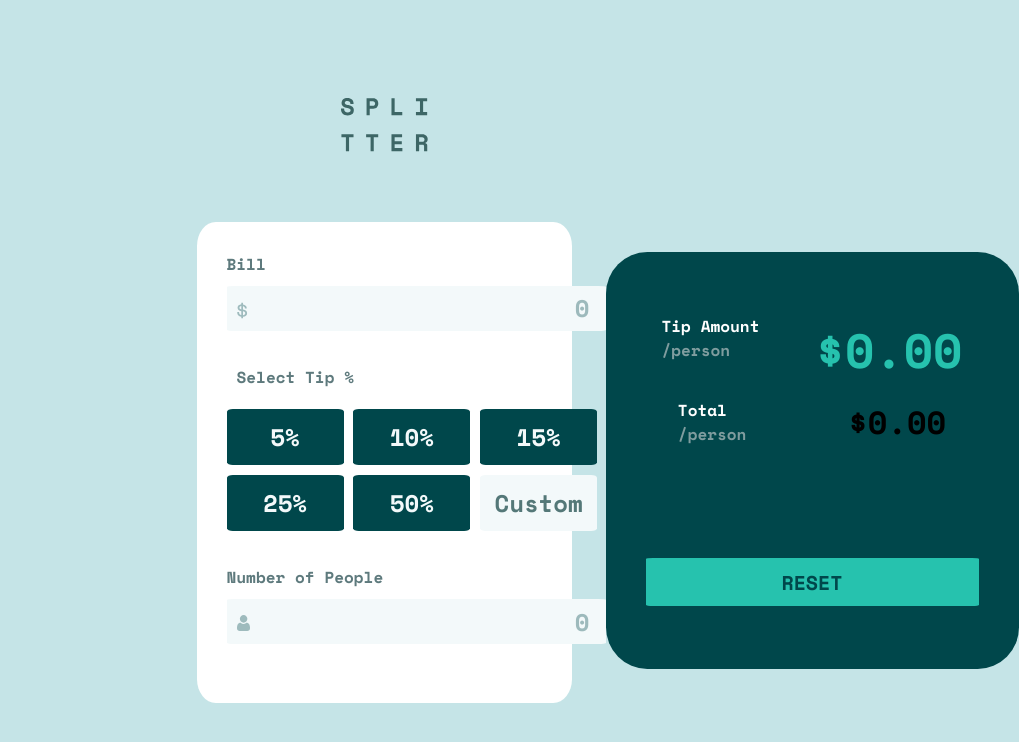
Repository: Arkitecth/tip-calculator
Page: index.html
The author's editor kept a copy of each file at every save. The page is drawn from the files as they stood at one save, then again after the next save.
The browser window is 768 px wide. The page is 1019 px wide, then 768 px, so the pictures cover 1019 px, including what lies to the right of the window. The pictures show the whole page.

Above is the page before, as saved 2023-06-09 19:45:17.

### index.html
<!DOCTYPE html>
<html lang="en">
<head>
  <meta charset="UTF-8">
  <meta name="viewport" content="width=device-width, initial-scale=1.0"> <!-- displays site properly based on user's device -->

  <link rel="icon" type="image/png" sizes="32x32" href="./images/favicon-32x32.png">
  <link rel="stylesheet" href="styles.css">
  <title>Tip calculator app</title>

</head>
<body>

  <main>
    <img src="images/logo.svg" alt="logo">
      <div class="app">
        <div class="entry">
          <div class="bill-entry">
            <p>Bill</p>
            <img src="images/icon-dollar.svg" alt="dollar sign"><input class="entry-input" type="text" name="Bill" id="Bill" placeholder="0">
          </div>

          <div class="tip-entry">
            <p>Select Tip %</p>
            <input type="button" value="5%">
            <input type="button" value="10%">
            <input type="button" value="15%">
            <input type="button" value="25%">
            <input type="button" value="50%">
            <input class="custom" type="button" value="Custom">
          </div>

          <div class="people-entry">
            <p>Number of People</p>
            <img src="images/icon-person.svg" alt="person sign"><input class="entry-input" type="text" name="people-entry" id="people-entry" placeholder="0">
          </div>

        </div>

        <div class="result">
          <div class="tip">
            <p class="title">Tip Amount
              <br>
              <span class="grey-color">/person</span>
            </p>
            <h1 class="amount">$0.00</h1>

          </div>

          <div class="total">
            <p class="title">Total
              <br>
              <span class="grey-color">/person</span>
            </p>
            <h1>$0.00</h1>
          </div>
          <button class="reset-button">Reset</button>
        </div>


  </div>
  </main>





</body>
</html>

### styles.css
@import url('https://fonts.googleapis.com/css2?family=Space+Mono:wght@700&display=swap');
* {
    margin: 0;
    padding: 0;
    font-family: 'Space Mono', monospace;
}

/* Main Styling */
body {
    background-color: #C5E4E7;

}

main {
    display: flex;
    flex-direction: column;
    justify-content: center;
    align-items: center;
    align-content: center;
    height: 100vh;
    gap: 70px;
}

/* App Styling */

.app {
    width: 920px;
    height: 481px;
    background-color: white;
    border-radius: 5%;
    display: grid;
    grid-template-columns: 1fr 1fr;
}

/* Entry Styling */

.entry {
    display: grid;
    padding-top: 30px;
    grid-template-rows: auto auto auto;
    padding-left: 30px;
    justify-content: center;
    color: #5E7A7D;
}

.entry p {
    margin-bottom: 10px;
}

.entry-input {
    background-color:#f3F9FA;
    width: 379px;
    height: 45px;
    border: none;
    border-radius: 2%;
    text-align: right;
    font-size: 1.5rem;
    color: #00474B;

}

.entry-input:focus {
    outline: none;
    border: 1px solid #26C2AE;

}

.entry-input::placeholder {
    text-align: right;
    font-size: 1.5rem;
    color:#00474B;
    opacity: 0.35;
    padding: 1rem;

}

/* Bill Styling */

.bill-entry {
    position: relative;
}

.bill-entry img {
    position: absolute;
    top: 50px;
    left: 10px;
}

/* Tip Entry */
.tip-entry p {
    padding: 10px;
}
.tip-entry input[type="button"] {
    width: 117px;
    padding: 10px;
    margin-bottom: 10px;
    background-color:#00474B;
    color: #f3F9FA;
    font-size: 1.5rem;
    border: none;
    border-radius: 5%;
    font-weight: 700;
}

.tip-entry input[type="button"]:active,.tip-entry input[type="button"]:hover {
    background-color: #26C2AE;
}
.tip-entry input[type="button"]:active {
    transform: translateY(4px);
}

.tip-entry input.custom {
    background-color: #F3F9FA;
    color:#547878;
}

/* People Entry Styling */
.people-entry {
    position: relative;
}
.people-entry img {
    position: absolute;
    top: 50px;
    left: 10px;
}

/* Result Styling */
.result {
    display: flex;
    flex-direction: column;
    background-color: #00474B;
    align-content: center;
    justify-content: space-evenly;
    border-radius: 10%;
    margin-top: 30px;
    width: 413px;
    height: 417px;
}

/* Tip Syling */
.tip {
    display: flex;
    flex-direction: row;
    justify-content: space-evenly;
    align-content: center;

}

.title {
    color: #FFFFFF;
    width: 98px;
}

.grey-color {
    color: #7F9D9F;
}

.amount {
    color: #26C2AE;
    font-size: 48px;
}

.total {
    display: flex;
    justify-content: space-evenly;
    transform: translateY(-50px);
}

/* Rest Button */
.reset-button {
    width: 333px;
    height: 48px;
    margin: 0 auto;
    text-transform: uppercase;
    font-size: 20px;
    background-color: #26C2AE;
    color: #00474B;
    border: none;
    border-radius: 2%;
}

.reset-button:hover,
.reset-button:active{
    background-color: #9FE8DF
}
.reset-button:active{
    transform: translateY(4px);
}

@media screen and (max-width:956px) {
    .logo {
        margin: auto;
    }
    .app {
        display: grid;
        grid-template-rows: 1fr 1fr;
        width: 375px;
    }
}

After the next save:
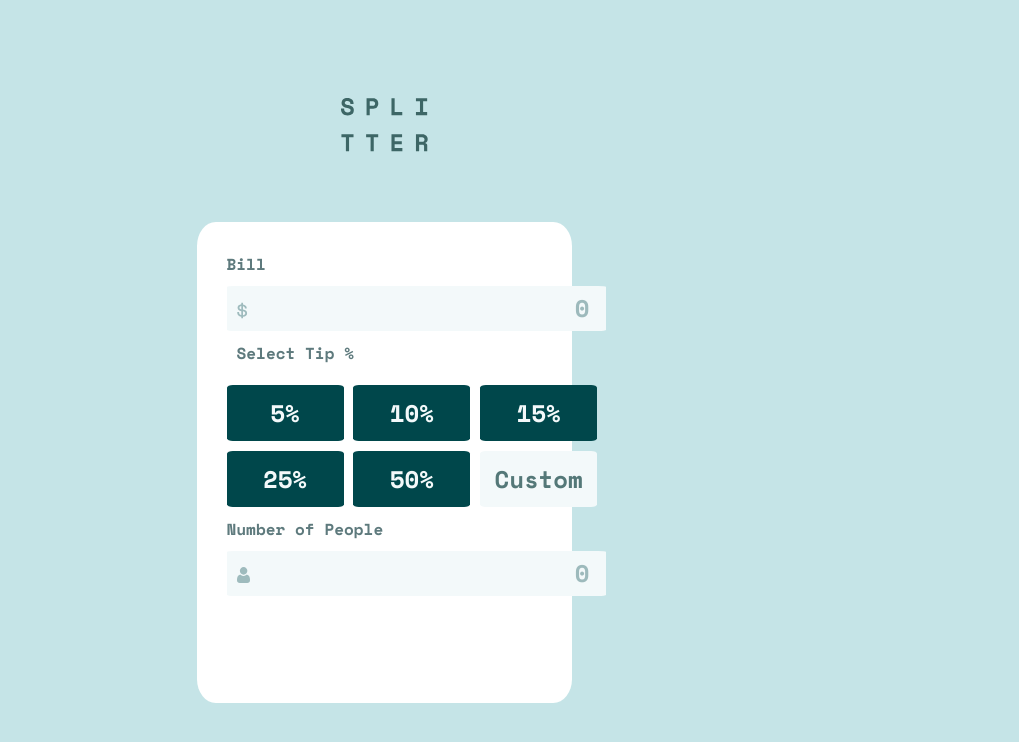
Saved 84 s later.
--- a/styles.css
+++ b/styles.css
@@ -196,4 +196,7 @@
         grid-template-rows: 1fr 1fr;
         width: 375px;
     }
-}
+    .result {
+        display: none;
+    }
+}
